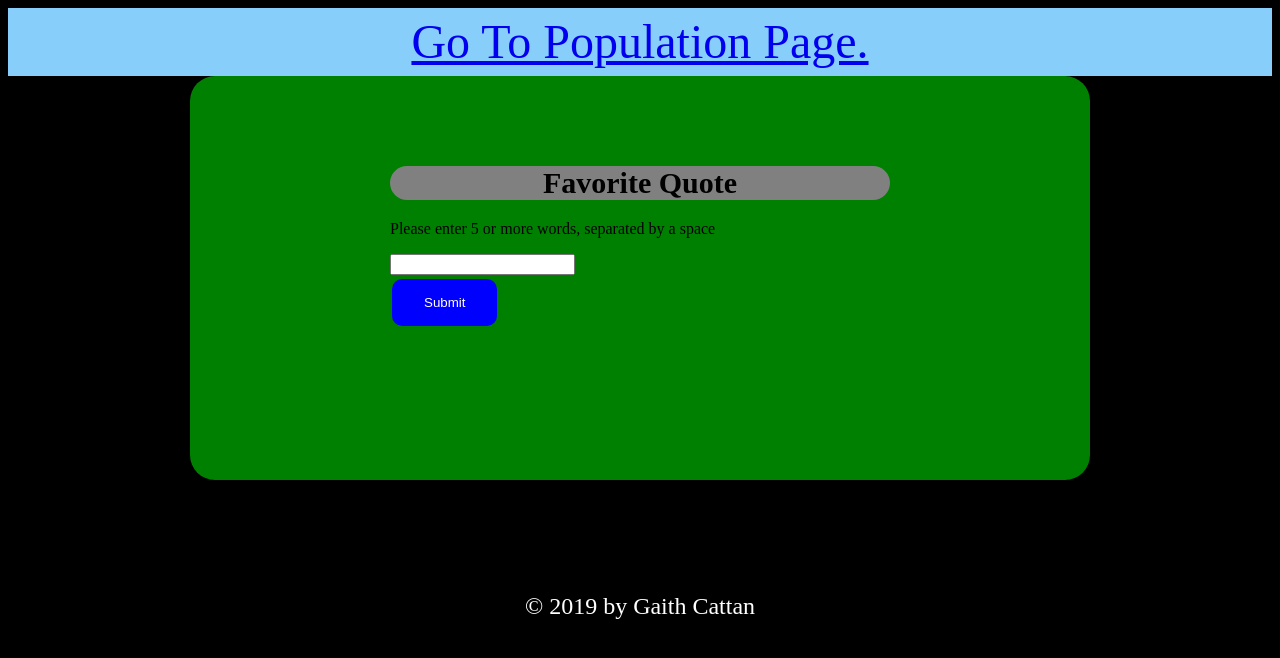
Repository: GaithCattan/COSW30
Page: labwork/lab5/favoritequote.html
The author's editor kept a record of every edit. The page is drawn from the files as they stood at one moment, then again after the next edit.
The browser window is 1280 px wide. The pictures show the whole page.

Above is the page before.

After the next edit:
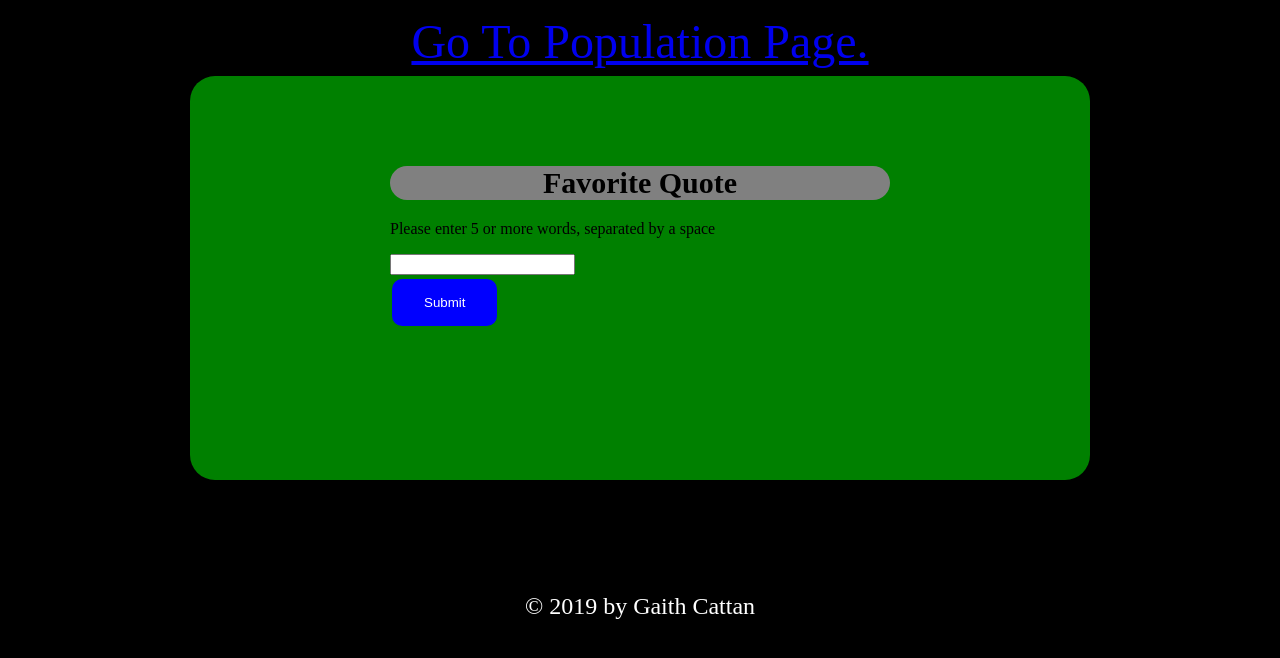
The edit:
--- a/labwork/lab5/favoritequote.html
+++ b/labwork/lab5/favoritequote.html
@@ -14,7 +14,7 @@
           #container {width: 900px;	margin-left: auto;	margin-right: auto;	padding-top: 50px;	padding-bottom: 150px; border-radius: 25px;	background-color: green;}
           #texting {width: 500px; display: block; margin-left: auto; margin-right: auto;}
           input[type=submit] {background-color: blue; border: none; border-radius: 10px;  color: white;  padding: 16px 32px;  text-decoration: none;  margin: 4px 2px;  cursor: pointer;}
-          header {margin: 0; color: black; background-color: lightskyblue; padding: 0.5%; text-align: center; font-size: 3em;}
+          header {margin: 0; color: black; background-color: black; padding: 0.5%; text-align: center; font-size: 3em;}
           footer {font-size: 1.5em; color: white; text-align: center; margin-top: 9%;}
         </style>
 
